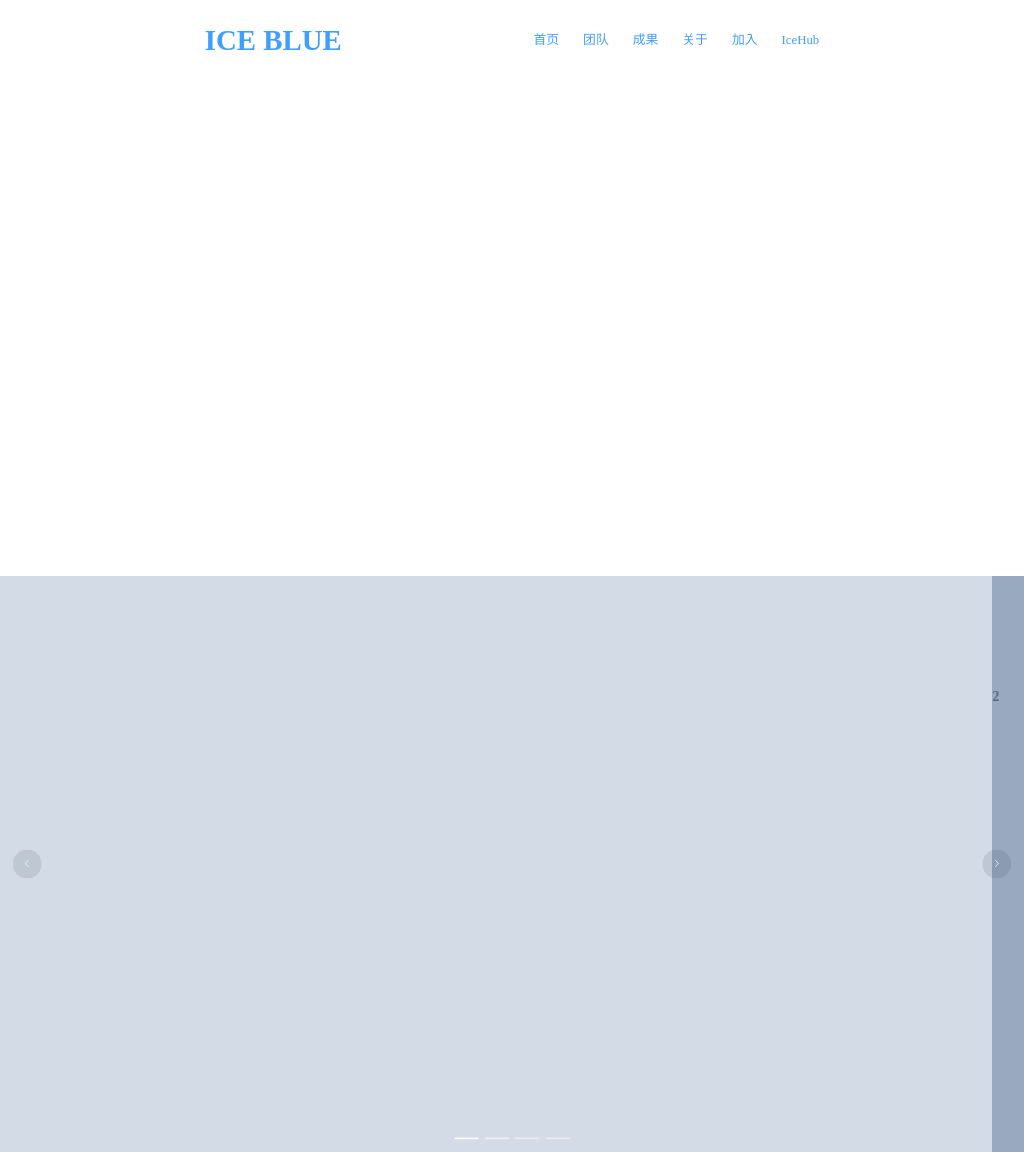
Repository: zxl-lxz/iceblue
Page: /
The author's editor kept a copy of each file at every save. The page is drawn from the files as they stood at one save, then again after the next save.
The browser window is 1280 px wide. The pictures show the whole page, at 80% of full size.
The project was rebuilt for these pictures with package versions that can differ from the ones it lists, and the page was loaded fresh each time.

Above is the page before, as saved 2018-03-22 09:55:14.

After the next save:
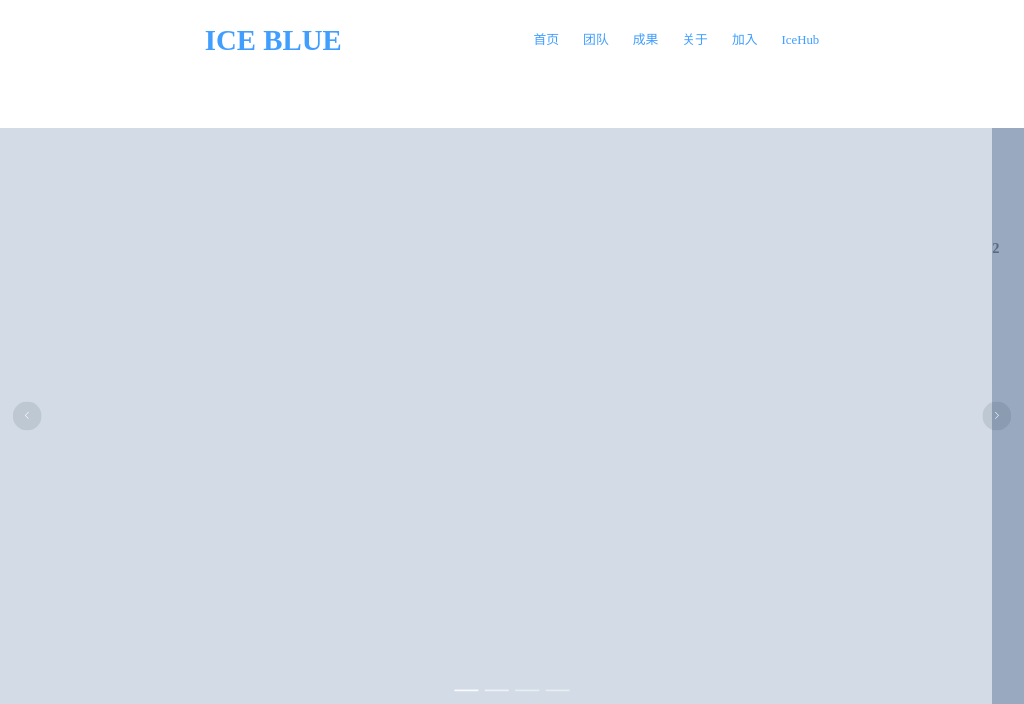
Saved 2 min 49 s later.
--- a/src/components/ice-header/ice-header.vue
+++ b/src/components/ice-header/ice-header.vue
@@ -23,44 +23,46 @@ export default {}
 </script>
 
 <style scoped>
-  .el-row {
-    width: 100%;
-    position: fixed;
-    top: 0;
-    left: 0;
-    overflow: hidden;
-    z-index: 999;
-  }
-  .ice-header a:hover {
-    text-decoration: none;
-  }
-  .main {
-    width: 60%;
-    height: 100px;
-    margin: 0 auto;
-  }
-  .logo {
-    height: 100px;
-    float: left;
-    line-height: 100px;
-
-  }
-  .logo a {
-    font-family: "Antique Olive";
-    font-size: 36px;
-    font-weight: bolder;
-    color: #409eff;
-  }
-  ul {
-    float: right;
-    line-height: 100px;
-  }
-  ul li{
-    display: inline-block;
-    padding-left: 30px;
-  }
-  ul li a {
-    font-size: 16px;
-    color: #409eff;
-  }
+.ice-header {
+  height: 160px;
+}
+.el-row {
+  width: 100%;
+  position: fixed;
+  top: 0;
+  left: 0;
+  overflow: hidden;
+  z-index: 999;
+}
+.ice-header a:hover {
+  text-decoration: none;
+}
+.main {
+  width: 60%;
+  height: 100px;
+  margin: 0 auto;
+}
+.logo {
+  height: 100px;
+  float: left;
+  line-height: 100px;
+}
+.logo a {
+  font-family: 'Antique Olive';
+  font-size: 36px;
+  font-weight: bolder;
+  color: #409eff;
+}
+ul {
+  float: right;
+  line-height: 100px;
+}
+ul li {
+  display: inline-block;
+  padding-left: 30px;
+}
+ul li a {
+  font-size: 16px;
+  color: #409eff;
+}
 </style>
